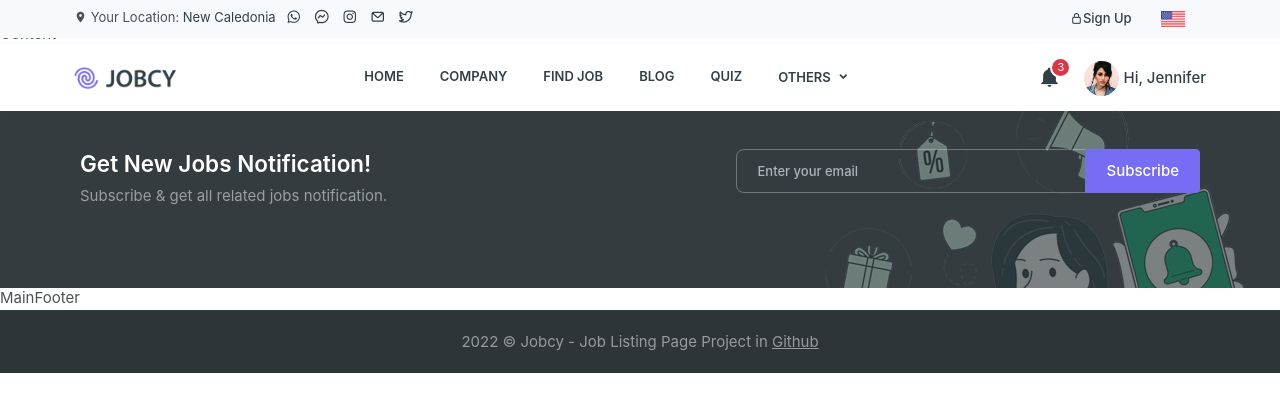
Repository: waflol/hrpm-frontend
Page: / (app in frontend/)
The author's editor kept a copy of each file at every save. The page is drawn from the files as they stood at one save, then again after the next save.
The browser window is 1280 px wide. The pictures show the whole page.
The project was rebuilt for these pictures with package versions that can differ from the ones it lists, and the page was loaded fresh each time. Also part of the build but not shown: frontend/craco.config.js, frontend/src/shared/components/Navigations/LoginButton.jsx.

Above is the page before, as saved 2022-10-13 14:05:12.

### frontend/src/App.js
import MainNavBar from './shared/components/Navigations/MainNavBar';
import MainTopBar from './shared/components/TopBar/MainTopBar';
import { BrowserRouter, Routes, Route } from 'react-router-dom';
import MainFooter from './shared/components/Footer/MainFooter';
function App() {
  return (
    <div className="App">
      <BrowserRouter>
        <Routes>
          <Route
            path='/'
            element={
              <div>
                <MainTopBar />
                <MainNavBar />
                <div> Content</div>
                <div> Content</div>
                <div> Content</div>
                <MainFooter/>
              </div>
            }>
          </Route>
        </Routes>
      </BrowserRouter>
    </div>
  );
}

export default App;

### frontend/src/shared/components/Navigations/MainNavBar.jsx
import React from "react";
import {Container} from "reactstrap";
import LogoCompany from "./LogoCompany";
import NavToggler from "./NavToggler";
import Notification from "./Notification";
import UserSetting from "./UserSetting";
import LoginButton from "./LoginButton";
const MainNavBar = () => {
  return (
    <React.Fragment>
      <nav className="navbar navbar-expand-lg fixed-top sticky p-0 " id="navigation">
        <Container fluid className="custom-container">
          <LogoCompany/>
          <NavToggler/>

          <ul className="header-menu list-inline d-flex align-items-center mb-0">
            <Notification/>
            <UserSetting/>
          </ul>
        </Container>
      </nav>
    </React.Fragment>
  )
}

export default MainNavBar;

### frontend/src/shared/components/TopBar/MainTopBar.jsx
import React from "react";
import {Col, Container, Row} from "reactstrap";

import YourLocations from "./YourLocations";
import SignUpLink from "./SignUpLink";
import LanguageSelector from "./LanguageSelector";

const MainTopBar = () => {
  return (
    <React.Fragment>
      <div className="top-bar" style={{zIndex: 1030}}>
        <Container fluid className="custom-container">
          <Row className="g-0 align-items-center">
            <YourLocations/>

            <Col md={5}>
              <ul className="list-inline mb-0 text-center text-md-end">
                <SignUpLink/>
                <LanguageSelector/>
              </ul>
            </Col>
          </Row>
        </Container>
      </div>
    </React.Fragment>
  );
};

export default MainTopBar;

### frontend/src/shared/components/Footer/MainFooter.jsx
import React from 'react'
import Subscribe from './Subscribe'
import FooterAlt from './FooterAlt'
const MainFooter = () => {
  return (
    <div>
        <Subscribe/>
        MainFooter
        <FooterAlt/>
    </div>
  )
}

export default MainFooter

### frontend/src/shared/components/Navigations/LogoCompany.jsx
import React from 'react'
import { Link } from 'react-router-dom';
import darkLogo from "../../../assets/images/logo-dark.png";
import lightLogo from "../../../assets/images/logo-light.png";
const LogoCompany = () => {
    return (
        <Link className="navbar-brand text-dark fw-bold me-auto" to="/">
            <img src={darkLogo} height="22" alt="" className="logo-dark" />
            <img src={lightLogo} height="22" alt="" className="logo-light" />
        </Link>
    )
}

export default LogoCompany

### frontend/src/shared/components/Navigations/NavToggler.jsx
import React, { useState } from "react";
import NavLinks from "./NavLinks";
import { Collapse, NavbarToggler } from "reactstrap";
const NavToggler = () => {
    const [isOpen, setIsOpen] = useState(false);
    const toggle = () => setIsOpen(!isOpen);
    return (
        <>
            <div>
                <NavbarToggler className="me-3" type="button" onClick={() => toggle()}>
                    <i className="mdi mdi-menu"></i>
                </NavbarToggler>
            </div>
            <Collapse isOpen={isOpen} className="navbar-collapse" id="navbarCollapse">
                <NavLinks />
            </Collapse>
        </>

    )
}

export default NavToggler;

### frontend/src/shared/components/Navigations/Notification.jsx
import React, { useState } from "react";
import {
    Dropdown,
    DropdownToggle,
    DropdownMenu,
} from "reactstrap";
import userImage2 from "../../../assets/images/user/img-02.jpg";
import jobImage4 from "../../../assets/images/featured-job/img-04.png";
import userImage1 from "../../../assets/images/user/img-01.jpg";
import jobImage from "../../../assets/images/featured-job/img-01.png";
import { Link } from 'react-router-dom';

const Notification = () => {
    const [notification, setNotification] = useState(false);
    const dropDownnotification = () => setNotification((prevState) => !prevState);
    return (
        <Dropdown isOpen={notification} toggle={dropDownnotification} className="list-inline-item  me-4">
            <DropdownToggle href="#" className="header-item noti-icon position-relative" id="notification" type="button" tag="a">
                <i className="mdi mdi-bell fs-22"></i>
                <div className="count position-absolute">3</div>
            </DropdownToggle>
            <DropdownMenu className="dropdown-menu-sm dropdown-menu-end p-0" aria-labelledby="notification" end>
                <div className="notification-header border-bottom bg-light">
                    <h6 className="mb-1"> Notification </h6>
                    <p className="text-muted fs-13 mb-0">You have 4 unread Notification</p>
                </div>
                <div className="notification-wrapper dropdown-scroll">
                    <Link to="#" className="text-dark notification-item d-block active">
                        <div className="d-flex align-items-center">
                            <div className="flex-shrink-0 me-3">
                                <div className="avatar-xs bg-primary text-white rounded-circle d-flex align-items-center justify-content-center">
                                    <i className="uil uil-user-check "></i>
                                </div>
                            </div>
                            <div className="flex-grow-1">
                                <h6 className="mt-0 mb-1 fs-14">22 verified registrations</h6>
                                <p className="mb-0 fs-12 text-muted"><i className="mdi mdi-clock-outline"></i> <span>3 min
                                    ago</span></p>
                            </div>
                        </div>
                    </Link>
                    <Link to="#" className="text-dark notification-item d-block">
                        <div className="d-flex align-items-center">
                            <div className="flex-shrink-0 me-3">
                                <img src={userImage2} className="rounded-circle avatar-xs" alt="user-pic" />
                            </div>
                            <div className="flex-grow-1">
                                <h6 className="mt-0 mb-1 fs-14">James Lemire</h6>
                                <p className="text-muted fs-12 mb-0"><i className="mdi mdi-clock-outline"></i> <span>15 min
                                    ago</span></p>
                            </div>
                        </div>
                    </Link>
                    <Link to="#" className="text-dark notification-item d-block">
                        <div className="d-flex align-items-center">
                            <div className="flex-shrink-0 me-3">
                                <img src={jobImage4} className="rounded-circle avatar-xs"
                                    alt="user-pic" />
                            </div>
                            <div className="flex-grow-1">
                                <h6 className="mt-0 mb-1 fs-14">Applications has been approved</h6>
                                <p className="text-muted mb-0 fs-12"><i className="mdi mdi-clock-outline"></i> <span>45 min
                                    ago</span></p>
                            </div>
                        </div>
                    </Link>
                    <Link to="#" className="text-dark notification-item d-block">
                        <div className="d-flex align-items-center">
                            <div className="flex-shrink-0 me-3">
                                <img src={userImage1} className="rounded-circle avatar-xs"
                                    alt="user-pic" />
                            </div>
                            <div className="flex-grow-1">
                                <h6 className="mt-0 mb-1 fs-14">Kevin Stewart</h6>
                                <p className="text-muted mb-0 fs-12"><i className="mdi mdi-clock-outline"></i> <span>1 hour
                                    ago</span></p>
                            </div>
                        </div>
                    </Link>
                    <Link to="#" className="text-dark notification-item d-block">
                        <div className="d-flex align-items-center">
                            <div className="flex-shrink-0 me-3">
                                <img src={jobImage} className="rounded-circle avatar-xs"
                                    alt="user-pic" />
                            </div>
                            <div className="flex-grow-1">
                                <h6 className="mt-0 mb-1 fs-15">Creative Agency</h6>
                                <p className="text-muted mb-0 fs-12"><i className="mdi mdi-clock-outline"></i> <span>2 hour
                                    ago</span></p>
                            </div>
                        </div>
                    </Link>
                </div>
                <div className="notification-footer border-top text-center">
                    <Link className="primary-link fs-13" to="#">
                        <i className="mdi mdi-arrow-right-circle me-1"></i> <span>View More..</span>
                    </Link>
                </div>
            </DropdownMenu>
        </Dropdown>
    )
}

export default Notification

### frontend/src/shared/components/Navigations/UserSetting.jsx
import React, { useState } from "react";
import {
    Dropdown,
    DropdownToggle,
    DropdownMenu,
} from "reactstrap";
import profileImage from "../../../assets/images/profile.jpg";
import { Link } from 'react-router-dom';

const UserSetting = () => {
    const [userProfile, setUserProfile] = useState(false);
    const dropDownuserprofile = () => setUserProfile((prevState) => !prevState);
    return (
        <Dropdown
            onClick={() => setUserProfile(!userProfile)}
            isOpen={userProfile}
            toggle={dropDownuserprofile}
            className="list-inline-item">
            <DropdownToggle to="#" className="header-item" id="userdropdown" type="button" tag="a" aria-expanded="false">
                <img src={profileImage} alt="mdo" width="35" height="35" className="rounded-circle me-1" />
                <span className="d-none d-md-inline-block fw-medium">Hi, Jennifer</span>
            </DropdownToggle>
            <DropdownMenu className="dropdown-menu-end" aria-labelledby="userdropdown" end>
                <li><Link className="dropdown-item" to="/managejobs">Manage Jobs</Link></li>
                <li><Link className="dropdown-item" to="/bookmarkjobs">Bookmarks Jobs</Link></li>
                <li><Link className="dropdown-item" to="/myprofile">My Profile</Link></li>
                <li><Link className="dropdown-item" to="/signout">Logout</Link></li>
            </DropdownMenu>
        </Dropdown>
    )
}

export default UserSetting

### frontend/src/shared/components/TopBar/YourLocations.jsx
import React from "react";
import {Col} from "reactstrap";
import { Link } from "react-router-dom";
import { iconTobar } from "./IconBar";
//import images

const YourLocations = () => {
    return (
        <Col md={7}>
            <ul className="list-inline mb-0 text-center text-md-start">
                <li className="list-inline-item">
                    <p className="fs-13 mb-0">
                        {" "}
                        <i className="mdi mdi-map-marker"></i> Your Location:{" "}
                        <Link to="#" className="text-dark">
                            New Caledonia
                        </Link>
                    </p>
                </li>
                <li className="list-inline-item">
                    <ul className="topbar-social-menu list-inline mb-0">
                        {(iconTobar || []).map((icon, key) => (
                            <li className="list-inline-item" key={key}>
                                <Link to="/" className="social-link">
                                    <i className={icon.classname}></i>
                                </Link>
                            </li>
                        ))}
                    </ul>
                </li>
            </ul>
        </Col>
    )
}

export default YourLocations

### frontend/src/shared/components/TopBar/LanguageSelector.jsx
import React, { useState } from "react";
import {
    Dropdown,
    DropdownToggle,
    DropdownMenu,
    DropdownItem,
} from "reactstrap";

//import images
import flagUs from "../../../assets/images/flags/us.jpg";
import flagSp from "../../../assets/images/flags/spain.jpg";
import flagGr from "../../../assets/images/flags/germany.jpg";
import flagIt from "../../../assets/images/flags/italy.jpg";
import flagRu from "../../../assets/images/flags/russia.jpg";

const LanguageSelector = () => {
    //Language Dropdown
    const [dropdownOpen, setDropdownOpen] = useState(false);

    const toggle = () => setDropdownOpen((prevState) => !prevState);
    return (
        <li className="list-inline-item align-middle">
            <Dropdown
                isOpen={dropdownOpen}
                toggle={toggle}
                className="d-inline-block language-switch"

            >
                <DropdownToggle tag="button" type="button" className="btn">
                    <img
                        src={flagUs}
                        alt=""
                        height="16"
                    />
                </DropdownToggle>

                <DropdownMenu className="dropdown-menu-end" end>
                    <DropdownItem
                        to="/"
                        className="dropdown-item notify-item language"
                        data-lang="eng"
                    >
                        <img
                            src={flagUs}
                            alt=""
                            className="me-1"
                            height="12"
                        />
                        <span className="align-middle">English</span>
                    </DropdownItem>
                    <DropdownItem
                        to="/"
                        className="dropdown-item notify-item language"
                        data-lang="sp"
                    >
                        <img
                            src={flagSp}
                            alt=""
                            className="me-1"
                            height="12"
                        />
                        <span className="align-middle">Spanish</span>
                    </DropdownItem>
                    <DropdownItem
                        to="/"
                        className="dropdown-item notify-item language"
                        data-lang="gr"
                    >
                        <img
                            src={flagGr}
                            alt=""
                            className="me-1"
                            height="12"
                        />
                        <span className="align-middle">German</span>
                    </DropdownItem>
                    <DropdownItem
                        to="/"
                        className="dropdown-item notify-item language"
                        data-lang="it"
                    >
                        <img
                            src={flagIt}
                            alt=""
                            className="me-1"
                            height="12"
                        />
                        <span className="align-middle">Italian</span>
                    </DropdownItem>
                    <DropdownItem
                        to="/"
                        className="dropdown-item notify-item language"
                        data-lang="ru"
                    >
                        <img
                            src={flagRu}
                            alt=""
                            className="me-1"
                            height="12"
                        />
                        <span className="align-middle">Russian</span>
                    </DropdownItem>
                </DropdownMenu>
            </Dropdown>
        </li>
    )
}

export default LanguageSelector

### frontend/src/shared/components/Footer/Subscribe.jsx
import React from 'react';
import { Col, Container, Row } from "reactstrap";

//Import Image
import subscribeImg from "../../../assets/images/subscribe.png";

const Subscribe = () => {
  return (
      <React.Fragment>
          <section className="bg-subscribe">
              <Container>
                  <Row className="justify-content-between align-items-center">
                      <Col lg={6}>
                          <div className="text-center text-lg-start">
                              <h4 className="text-white">Get New Jobs Notification!</h4>
                              <p className="text-white-50 mb-0">Subscribe & get all related jobs notification.</p>
                          </div>
                      </Col>
                      <Col lg={6}>
                          <div className="mt-4 mt-lg-0">
                              <form className="subscribe-form" action="#">
                                  <div className="input-group justify-content-center justify-content-lg-end">
                                      <input type="text" className="form-control" id="subscribe" placeholder="Enter your email" />
                                      <button className="btn btn-primary" type="button" id="subscribebtn">Subscribe</button>
                                  </div>
                              </form>
                          </div>
                      </Col>
                  </Row>
              </Container>
              <div className="email-img d-none d-lg-block">
                  <img src={subscribeImg} alt="" className="img-fluid" />
              </div>
          </section>
      </React.Fragment>
  );
};

export default Subscribe

### frontend/src/shared/components/Footer/FooterAlt.jsx
import React from 'react'
import { Row, Col, Container } from 'reactstrap'
import { Link } from "react-router-dom";

const FooterAlt = () => {
  return (
    <div className="footer-alt">
      <Container >
        <Row >
          <Col lg={12}>
            <p className="text-white-50 text-center mb-0">
              {new Date().getFullYear()} &copy; Jobcy - Job Listing Page
              Project in <a
                href="https://github.com/waflol/hrpm" target="_blank" rel="noreferrer" className="text-reset text-decoration-underline">
                Github
              </a>
            </p>
          </Col>
        </Row>
      </Container>
    </div>
  )
}

export default FooterAlt

### frontend/src/shared/components/Navigations/NavLinks.jsx
import React, { useState } from "react";
import classname from "classnames";
import {NavItem,NavLink} from "reactstrap";
import { Link } from 'react-router-dom';
const NavLinks = () => {
    const [home, setHome] = useState(false);
    const [company, setCompany] = useState(false);
    const [blog, setBlog] = useState(false);

    return (
        <ul className="navbar-nav mx-auto navbar-center">
            <NavItem className="dropdown dropdown-hover">
                <NavLink to="/" id="homedrop" className="arrow-none" onClick={() => setHome(!home)}> Home </NavLink>
            </NavItem>
            <NavItem className="dropdown dropdown-hover">
                <NavLink to="/" id="company" className="arrow-none"> Company </NavLink>
            </NavItem>
            <NavItem className="dropdown dropdown-hover">
                <NavLink to="/findjob" id="findjob" className="arrow-none"> Find Job </NavLink>
            </NavItem>
            <NavItem className="dropdown dropdown-hover">
                <NavLink to="/blog" id="productdropdown" role="button" data-bs-toggle="dropdown" onClick={() => setBlog(!blog)}>
                    Blog
                </NavLink>
            </NavItem>
            <NavItem>
                <NavLink className="nav-link" to="/quizz" id="quizz">Quiz</NavLink>
            </NavItem>
            <NavItem className="dropdown dropdown-hover">
                <NavLink to="/#" id="jobsdropdown" role="button" onClick={() => setCompany(!company)}>
                    Others <div className="arrow-down"></div>
                </NavLink>
                <ul className={classname("dropdown-menu dropdown-menu-center", { show: company })} aria-labelledby="jobsdropdown">
                    <li><Link className="dropdown-item" to="/aboutus">About Us</Link></li>
                    <li><Link className="dropdown-item" to="/services">Services</Link></li>
                    <li><Link className="dropdown-item" to="/team">Team</Link></li>
                    <li><Link className="dropdown-item" to="/pricing">Pricing</Link></li>
                    <li><Link className="dropdown-item" to="/privacyandpolicy">Priacy & Policy</Link></li>
                    <li><Link className="dropdown-item" to="/faqs">Faqs</Link></li>
                    <li><Link className="dropdown-item" to="/contact">Contact</Link></li>
                </ul>
            </NavItem>
        </ul>
    )
}

export default NavLinks;

### frontend/src/shared/components/TopBar/IconBar.jsx
export const iconTobar = [
    {
        id: 1,
        classname: "uil uil-whatsapp",
    },
    {
        id: 2,
        classname: "uil uil-facebook-messenger-alt",
    },
    {
        id: 3,
        classname: "uil uil-instagram",
    },
    {
        id: 4,
        classname: "uil uil-envelope",
    },
    {
        id: 5,
        classname: "uil uil-twitter-alt",
    },
];

Loaded but not shown: frontend/public/index.html (common file); frontend/src/index.js (common file); frontend/src/index.css (common file); frontend/public/assets/css/bootstrap-purple.min.css (library); frontend/public/assets/css/icons.min.css (library); frontend/public/assets/css/app-purple.min.css (library); frontend/src/shared/components/TopBar/SignUpLink.jsx (136 lines, source omitted)

After the next save:
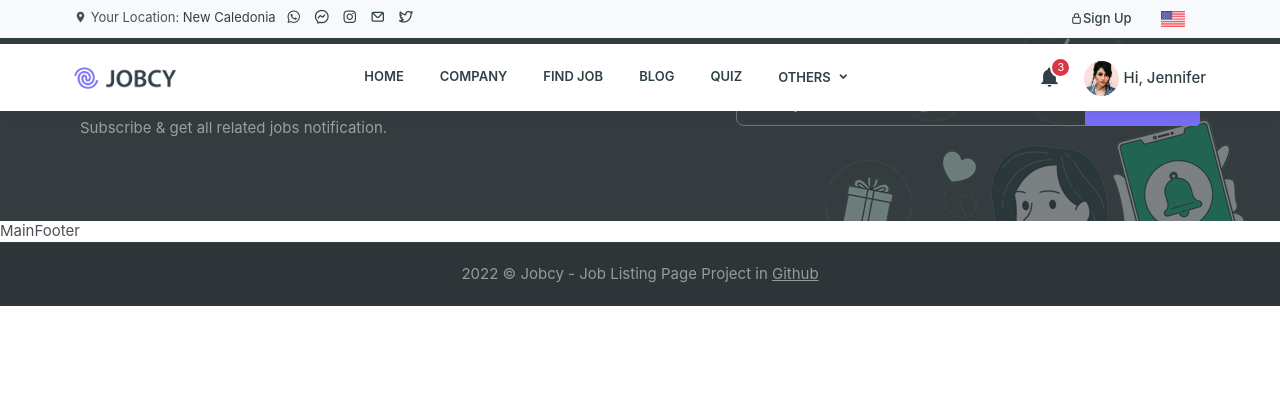
Saved 9 s later.
--- a/frontend/src/App.js
+++ b/frontend/src/App.js
@@ -13,9 +13,6 @@ function App() {
               <div>
                 <MainTopBar />
                 <MainNavBar />
-                <div> Content</div>
-                <div> Content</div>
-                <div> Content</div>
                 <MainFooter/>
               </div>
             }>
